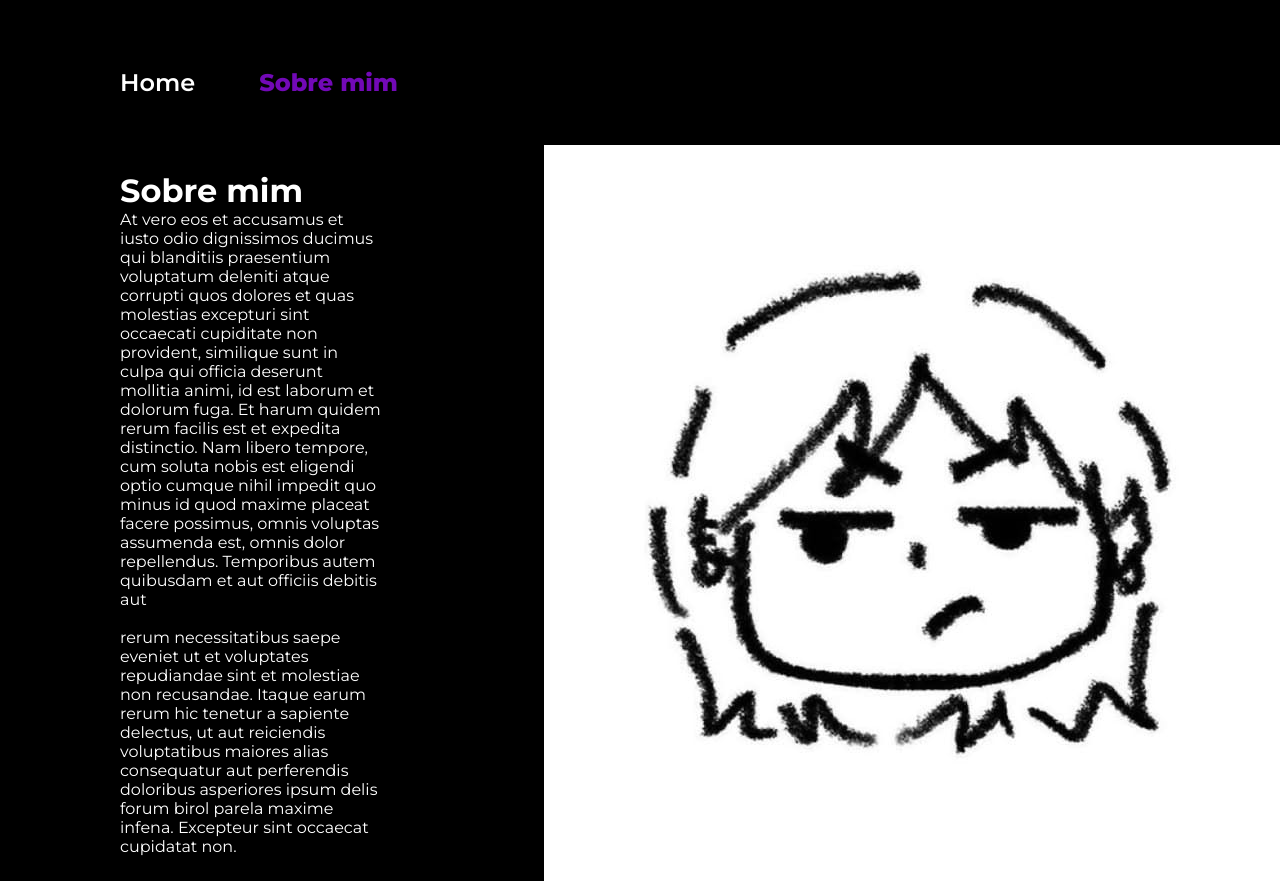
Repository: analessp/portfolio-developer
Page: about-me.html
These files come from the project's save history. The page is drawn as it stood at one moment and after a run of saves; the edit follows.
The browser window is 1280 px wide. The pictures show the whole page.

Above is the page before, as saved 2025-04-24 11:51:51.

### about-me.html
<!DOCTYPE html>
<html lang="pt-BR">
<head>
    <meta charset="UTF-8">
    <meta name="viewport" content="width=device-width, initial-scale=1.0">
    <title>Sobre mim</title>
    <link rel="stylesheet" href="/style/style.css"
</head>
<body>
    <header>
        <nav>
            <ul class="navbar-list">
                <li>
                    <a href="index.html" class="page">Home</a>
                </li>
                <li>
                    <a href="about-me.html" class="page active">Sobre mim</a>
                </li>
            </ul>
        </nav>
    </header>
    <main>
        <div class="about-me">
            <h1>Sobre mim</h1>
            <p>At vero eos et accusamus et iusto odio dignissimos ducimus qui blanditiis praesentium voluptatum deleniti atque corrupti quos dolores et quas molestias excepturi sint occaecati cupiditate non provident, similique sunt in culpa qui officia deserunt mollitia animi, id est laborum et dolorum fuga. Et harum quidem rerum facilis est et expedita distinctio. Nam libero tempore, cum soluta nobis est eligendi optio cumque nihil impedit quo minus id quod maxime placeat facere possimus, omnis voluptas assumenda est, omnis dolor repellendus. Temporibus autem quibusdam et aut officiis debitis aut<br><br>rerum necessitatibus saepe eveniet ut et voluptates repudiandae sint et molestiae non recusandae. Itaque earum rerum hic tenetur a sapiente delectus, ut aut reiciendis voluptatibus maiores alias consequatur aut perferendis doloribus asperiores ipsum delis forum birol parela maxime infena. Excepteur sint occaecat cupidatat non.</p>
        </div>
        <img src="/assets/avatar.jfif" alt=""
    </main>

</body>
</html>

### style/style.css
@import url('https://fonts.googleapis.com/css2?family=Montserrat:ital,wght@0,100..900;1,100..900&display=swap');
@import url(/style/about-me.css);

* {
    margin: 0;
    padding: 0;
    box-sizing: border-box;
    font-family: "Montserrat", sans-serif;
}

html, body {
    height: 100%;
    margin: 0;
}

body {
    height: 100vh;
    width: 100%;
    background-color: black;
    color: white;
    display: flex;
    flex-direction: column;
    justify-content: space-between;
}

.navbar-list {
    padding-left: 120px;
    padding-top: 68px;
    display: flex;
    gap: 4rem;
    list-style-type: none;
    color: #7209b7;
    font-weight: 700;
    font-size: 1.5rem;
    margin-bottom: 3rem;
}

.page {
    text-decoration: none;
    color: white;
    font-weight: 600;
}

.active {
    font-weight: 800;
    color: #7209b7;
}

main {
    padding-left: 120px;
    display: flex;
    gap: 10rem;
    align-items: center;
}

.introduce {
    display: flex;
    flex-direction: column;
    gap: 1.5rem;
    width: 40%;
}

.introduce p {
    text-align: justify;
}

.title {
    text-align: center;
}

.title h1 {
    font-size: 3rem;
}

.title h2 {
    font-size: 1.5rem;
    color: #7209b7;
}

.social-links {
    list-style-type: none;
    display: flex;
    flex-direction: column;
    gap: 1.5rem;
    align-items: center;
}

.social-links li {
    border: 2px solid #c3c3c3;
    background-color: rgba(128, 128, 128, 0.454);
    padding: 1rem 0 1rem 0;
    width: 70%;
    text-align: center;
    border-radius: 12px;

&:hover {
    border: 2px solid rgba(128, 128, 128, 0.454);
    background-color: #7209b7;
    transition-duration: 400ms;
    transform: scale(1.1);
  }
}

.social-links a {
    text-decoration: none;
    color: white;
    font-weight: bold;
}

.logo {
    width: 25rem;
    border-radius: 50%;
    border: 2px solid #c3c3c3;
    height: fit-content;
    position: fixed;
    right: 15rem;
    top: 10rem;
}

footer {
    margin-top: auto;
    padding: 1rem 0 1rem 0;
    background-color: rgb(15, 15, 16);
    display: flex;
    flex-direction: column;
    align-items: center;
    gap: 1rem;
    flex-shrink: 0;
}

footer ul {
    display: flex;
    gap: 2rem;
    list-style: none;
    margin-bottom: 1rem;
}

footer a {
    text-decoration: none;
    color: white;
    font-weight: 600;
}

@media only screen and (max-width: 768px) {

    body {
        justify-content: center;
    }

    .navbar-list {
        justify-content: center;
        padding-left: 0;
        padding-top: 40px;
        margin-bottom: 0;
    }

    main {
        height: 100vh;
        margin-top: 0;
        flex-direction: column-reverse;
        padding-left: 0;
        gap: 1rem;
    }

    .introduce {
        justify-content: flex-end;
        width: 80%;
        margin-bottom: 8rem;
    }

    .logo {
        top: 6.5rem;
        width: 18rem;
    }

}

@media only screen and (max-width: 426px) {
    .logo {
        right: 16%;
    }

    .introduce {
        margin-bottom: 3rem;
    }

    .title h1 {
        font-size: 2.5rem;
        margin-bottom: 0.5rem;
    }
}

Loaded but not shown: style/about-me.css (no copy from this time; the picture is the same without it)

After the next 3 saves:
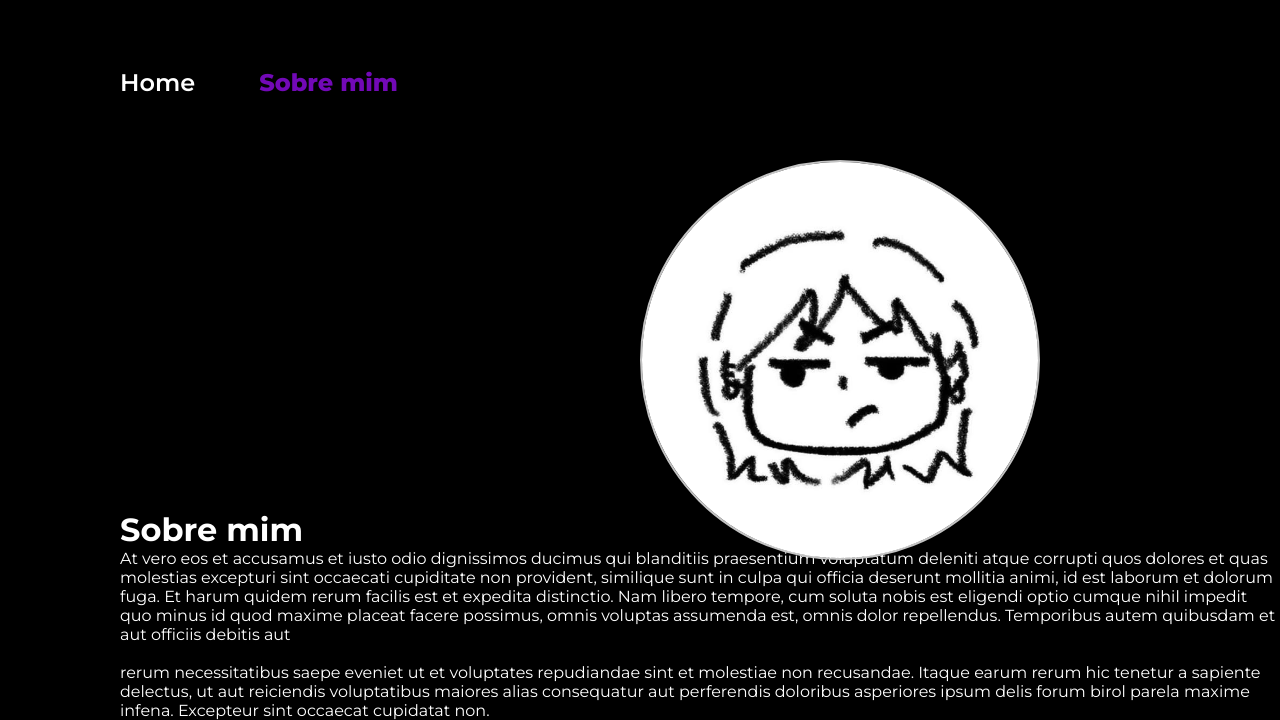
The 3 saves are shown as one change because they came seconds apart.
The last was saved 17 s later.
--- a/about-me.html
+++ b/about-me.html
@@ -24,7 +24,7 @@
             <h1>Sobre mim</h1>
             <p>At vero eos et accusamus et iusto odio dignissimos ducimus qui blanditiis praesentium voluptatum deleniti atque corrupti quos dolores et quas molestias excepturi sint occaecati cupiditate non provident, similique sunt in culpa qui officia deserunt mollitia animi, id est laborum et dolorum fuga. Et harum quidem rerum facilis est et expedita distinctio. Nam libero tempore, cum soluta nobis est eligendi optio cumque nihil impedit quo minus id quod maxime placeat facere possimus, omnis voluptas assumenda est, omnis dolor repellendus. Temporibus autem quibusdam et aut officiis debitis aut<br><br>rerum necessitatibus saepe eveniet ut et voluptates repudiandae sint et molestiae non recusandae. Itaque earum rerum hic tenetur a sapiente delectus, ut aut reiciendis voluptatibus maiores alias consequatur aut perferendis doloribus asperiores ipsum delis forum birol parela maxime infena. Excepteur sint occaecat cupidatat non.</p>
         </div>
-        <img src="/assets/avatar.jfif" alt=""
+        <img src="/assets/avatar.jfif" alt="Avatar de Ana Lessa" class="logo"
     </main>
 
 </body>
